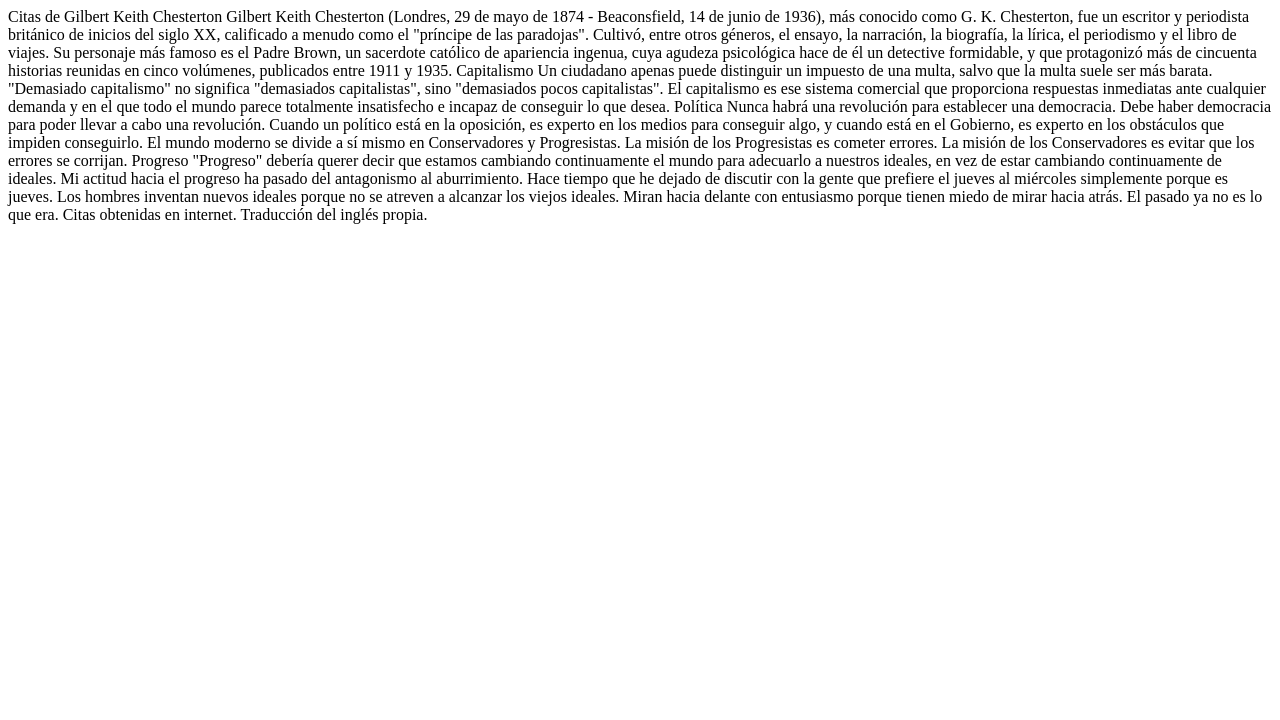
Repository: EmilyMachuca-Developer/Advanced-Programming-Projects
Page: index.html
These files come from the project's save history. The page is drawn as it stood at one moment and after the next save; the edit follows.
The browser window is 1280 px wide. The pictures show the whole page.

Above is the page before, as saved 2024-02-26 20:12:40.

After the next save:
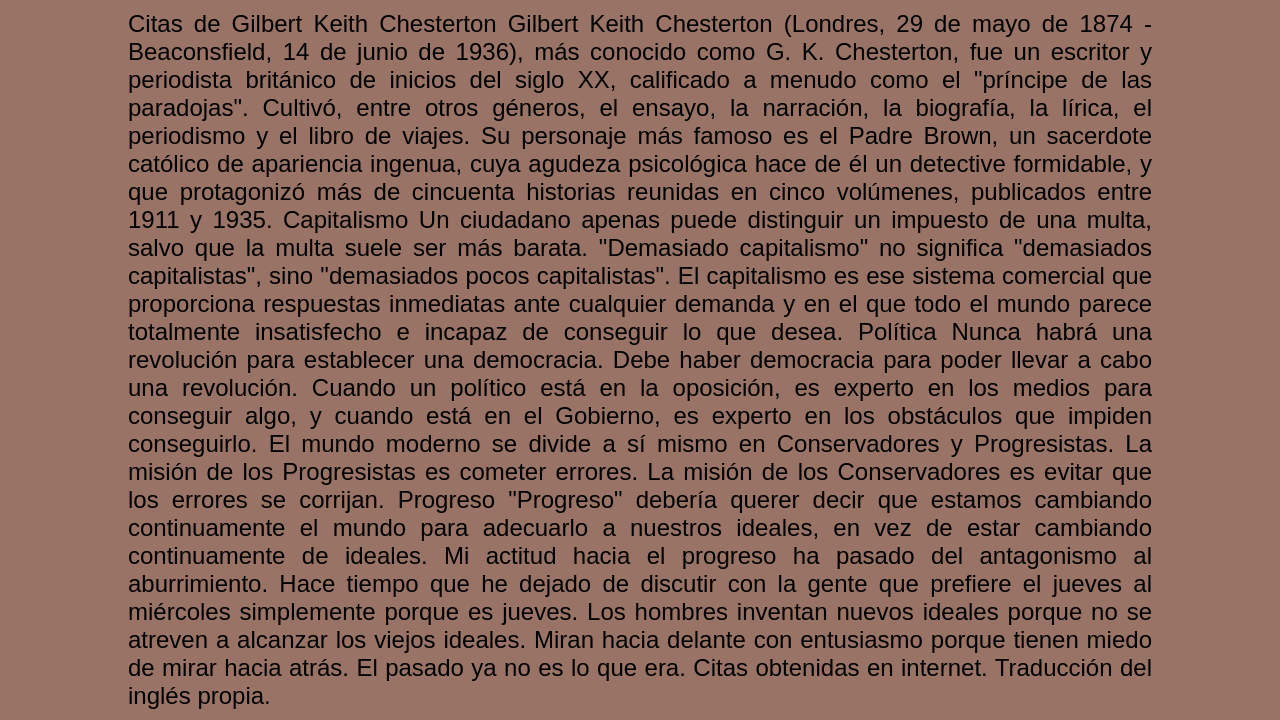
Saved 32 s later.
--- a/index.html
+++ b/index.html
@@ -2,7 +2,7 @@
     <link rel="stylesheet" src="style.css">
 <head>
 <meta charset="utf-8">
-<link rel="stylesheet" href="">
+<link rel="stylesheet" href="Taller 2/css/style.css">
 <title>Emily Machuca </title>
 </head>
 
